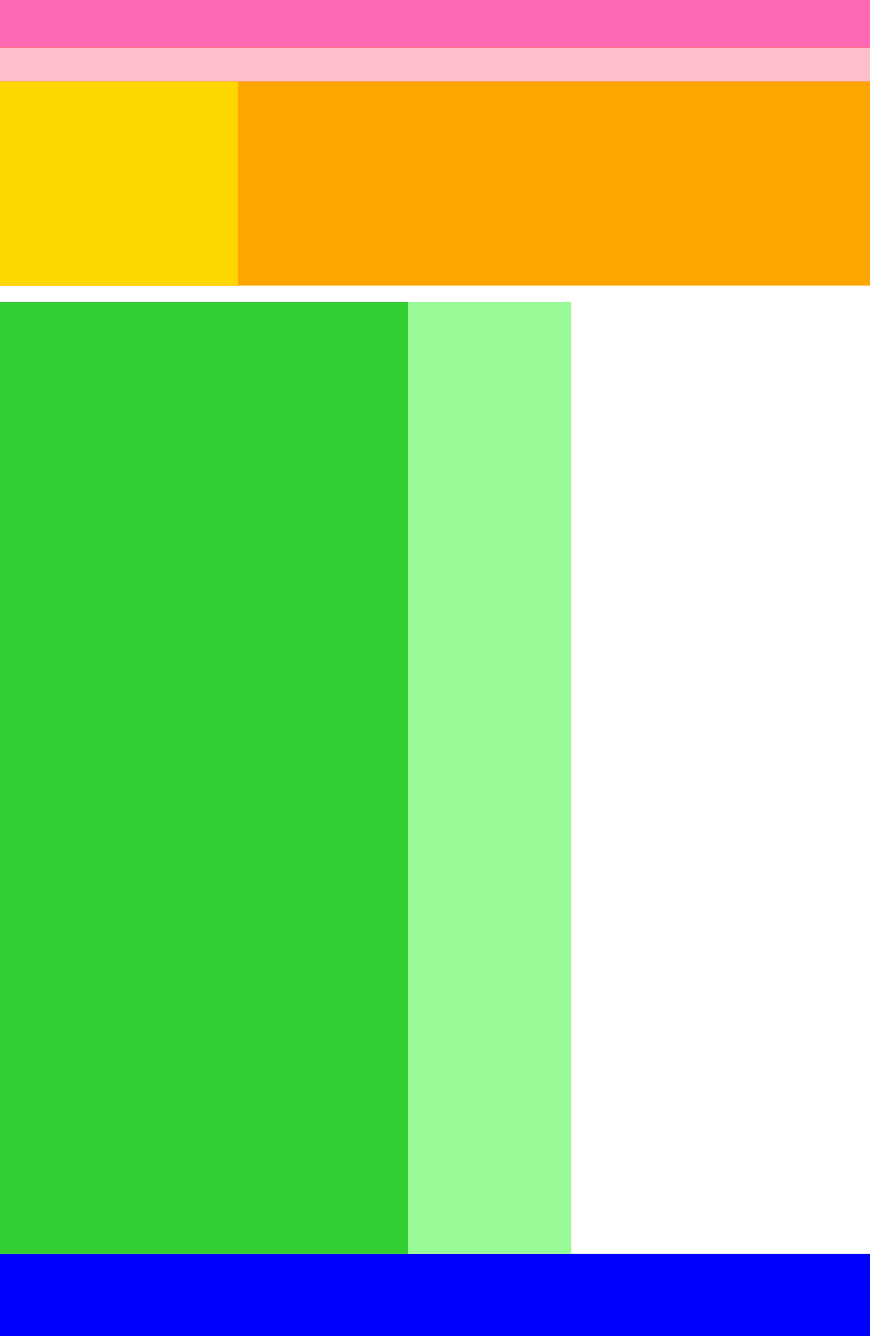
Repository: NANAKUNITA/chapter10
Page: caravan/index.html
The author's editor kept a record of every edit. The page is drawn from the files as they stood at one moment, then again after the next edit.
The browser window is 1280 px wide. The pictures show the whole page, at 68% of full size.

Above is the page before.

### caravan/index.html
<!DOCTYPE html>
<html lang="ja">
  <head>
    <meta charset="UTF-8"/>
    <link rel="stylesheet" href="style.css"/>
    <title>CARAVAN</title>
  </head>

  <body>
    <div class="header">
      <div class="header-top"></div>
      <div class="header-bottom"></div>
    </div>

    <div class="main-visual">
      <div class="main-visual-content"></div>
  　</div>

    <div class="main">
      <div class="blog"></div>
      <div class="sidebar"></div>
    </div>

    <div class="footer"></div>
  </body>
</html>

### caravan/style.css
*{
  margin:0;
  padding:0;
  box-sizing:border-box;
}

.header{
  width:100%;
  height:120px;
  background-color:red;
}

.header-top{
  width:100%;
  height:70px;
  background-color:hotpink;
}

.header-bottom{
  width:100%;
  height:50px;
  background-color:pink;
}

.main-visual{
  width:100%;
  height:300px;
  background-color:orange;
}

.main-visual-content{
  width:350px;
  height:300px;
  background-color:gold;
}

.main{
  width:840px;
  display:flex;
  justify-content:center;
  margin:0auto;
}

.blog{
  width:600px;
  height:1400px;
  background-color:limegreen;
}

.sidebar{
  width:240px;
  height:1400px;
  background-color:palegreen;
}
.footer{
  width:100%;
  height:120px;
  background-color:blue;
}

After the next edit:
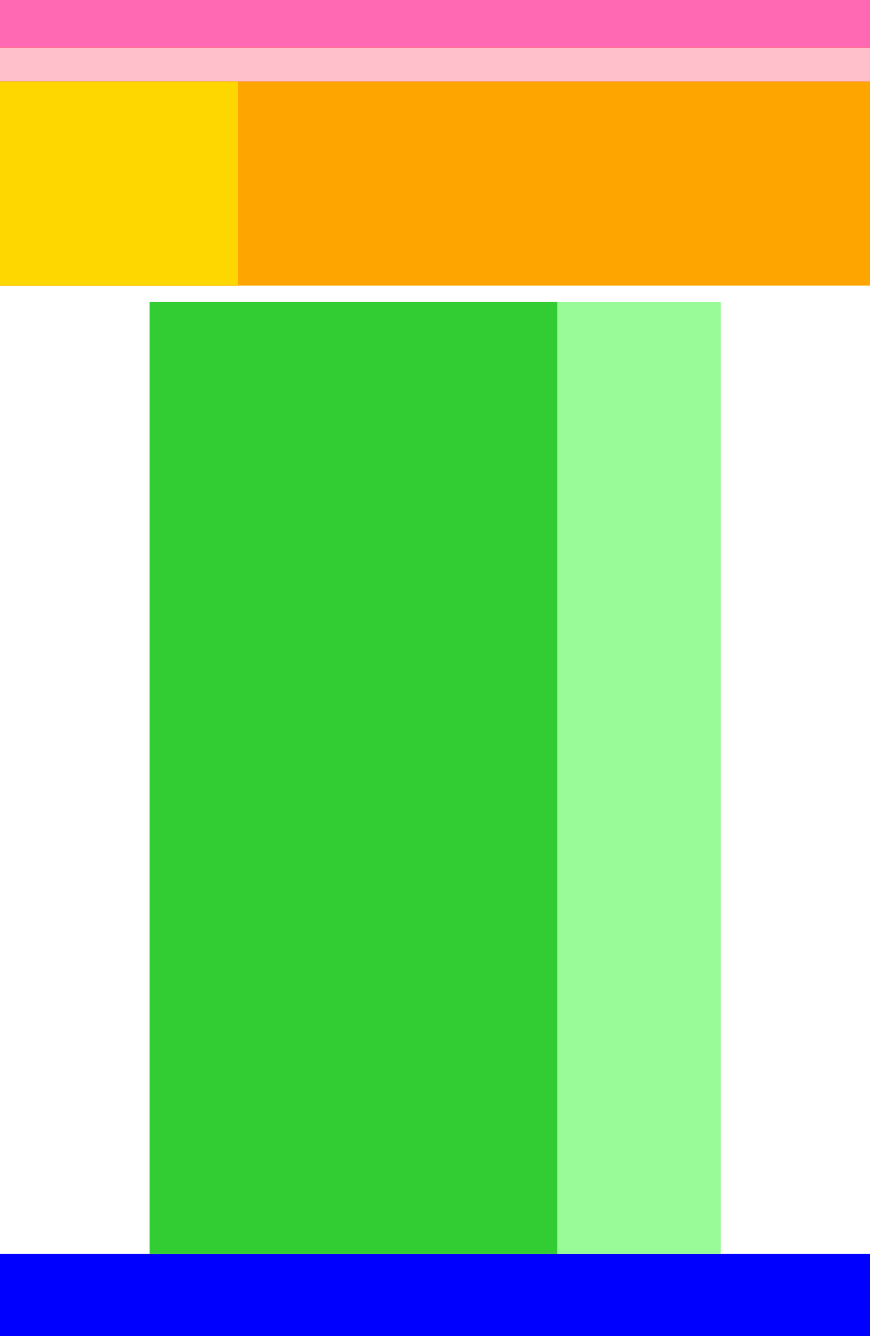
The edit:
--- a/caravan/style.css
+++ b/caravan/style.css
@@ -38,7 +38,7 @@
   width:840px;
   display:flex;
   justify-content:center;
-  margin:0auto;
+  margin:0 auto;
 }
 
 .blog{
